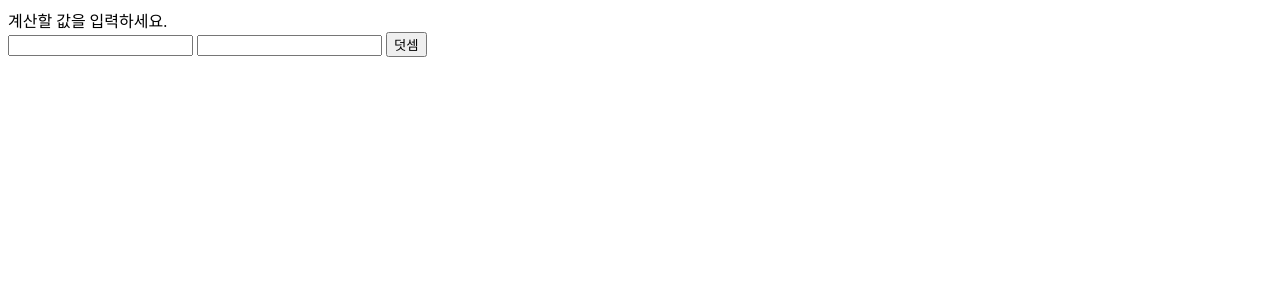
Repository: kwondam/servlet
Page: workspace/JSPPrj/WebContent/calc.html
These files come from the project's save history. The page is drawn as it stood at one moment and after the next save; the edit follows.
The browser window is 1280 px wide. The pictures show the whole page.

Above is the page before, as saved 2020-03-25 06:26:24.

### workspace/JSPPrj/WebContent/calc.html
<!DOCTYPE html>
<html>
<head>
<meta charset="UTF-8">
<title>Insert title here</title>
</head>
<body>
	<form action="calc" method="post">
	<div> 계산할 값을 입력하세요.</div>
	<div>
		<input type="text" name="x"/>
		<input type="text" name="y"/>
		<input type="submit" value="덧셈"/>

	</div>
	</form>
</body>
</html>

After the next save:
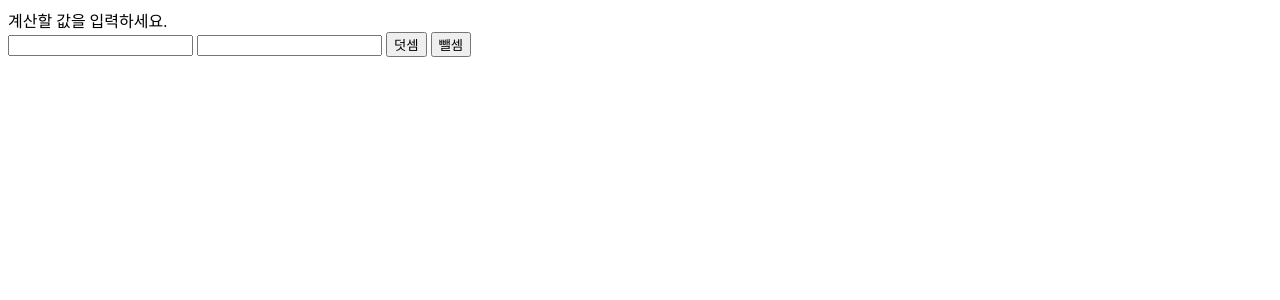
Saved 12 s later.
--- a/workspace/JSPPrj/WebContent/calc.html
+++ b/workspace/JSPPrj/WebContent/calc.html
@@ -11,7 +11,7 @@
 		<input type="text" name="x"/>
 		<input type="text" name="y"/>
 		<input type="submit" value="덧셈"/>
-
+		<input type="submit" value="뺄셈"/>
 	</div>
 	</form>
 </body>
